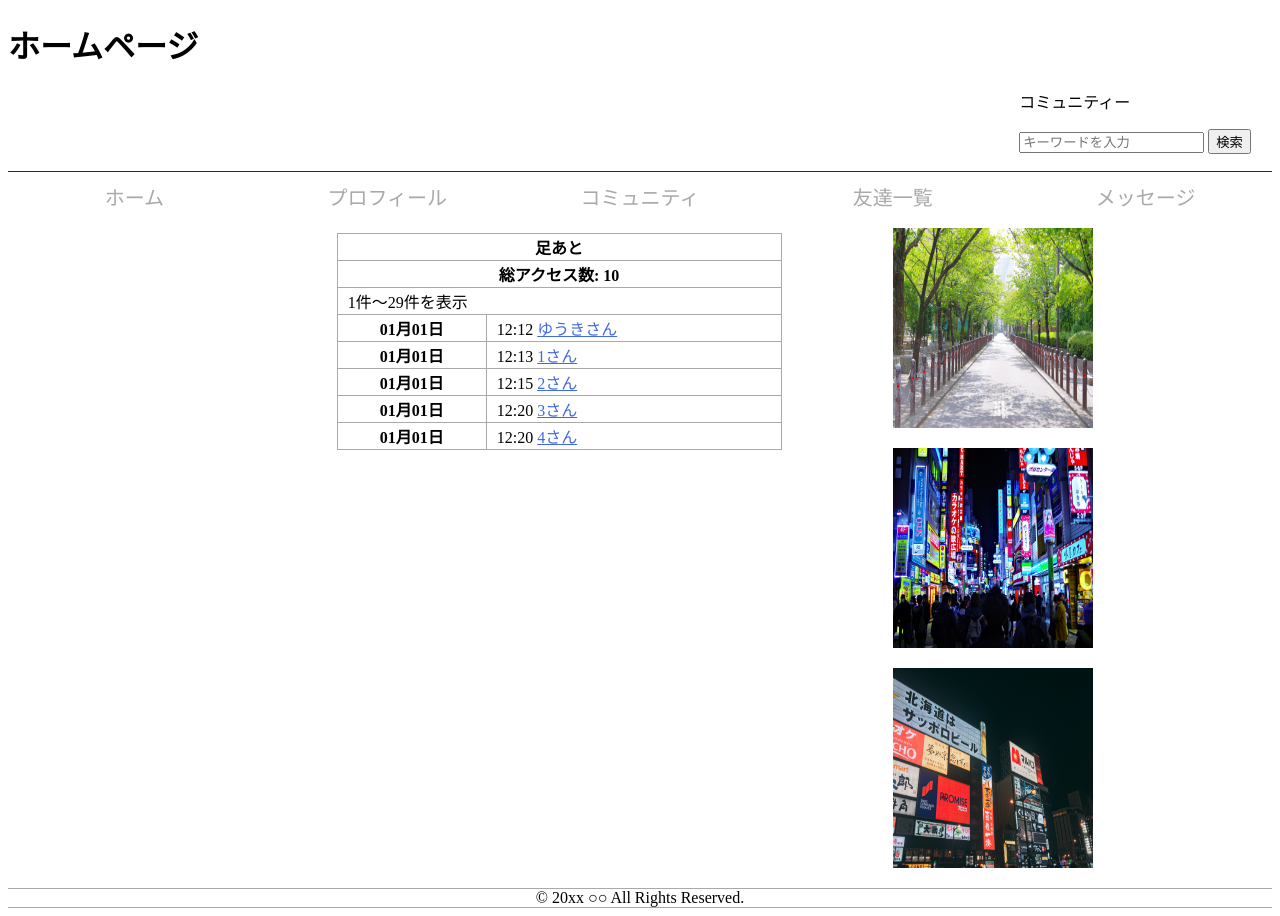
Repository: yuukiabc/samurai_PHP
Page: asiato.html
The author's editor kept a record of every edit. The page is drawn from the files as they stood at one moment, then again after the next edit.
The browser window is 1280 px wide. The pictures show the whole page.

Above is the page before.

After the next edit:
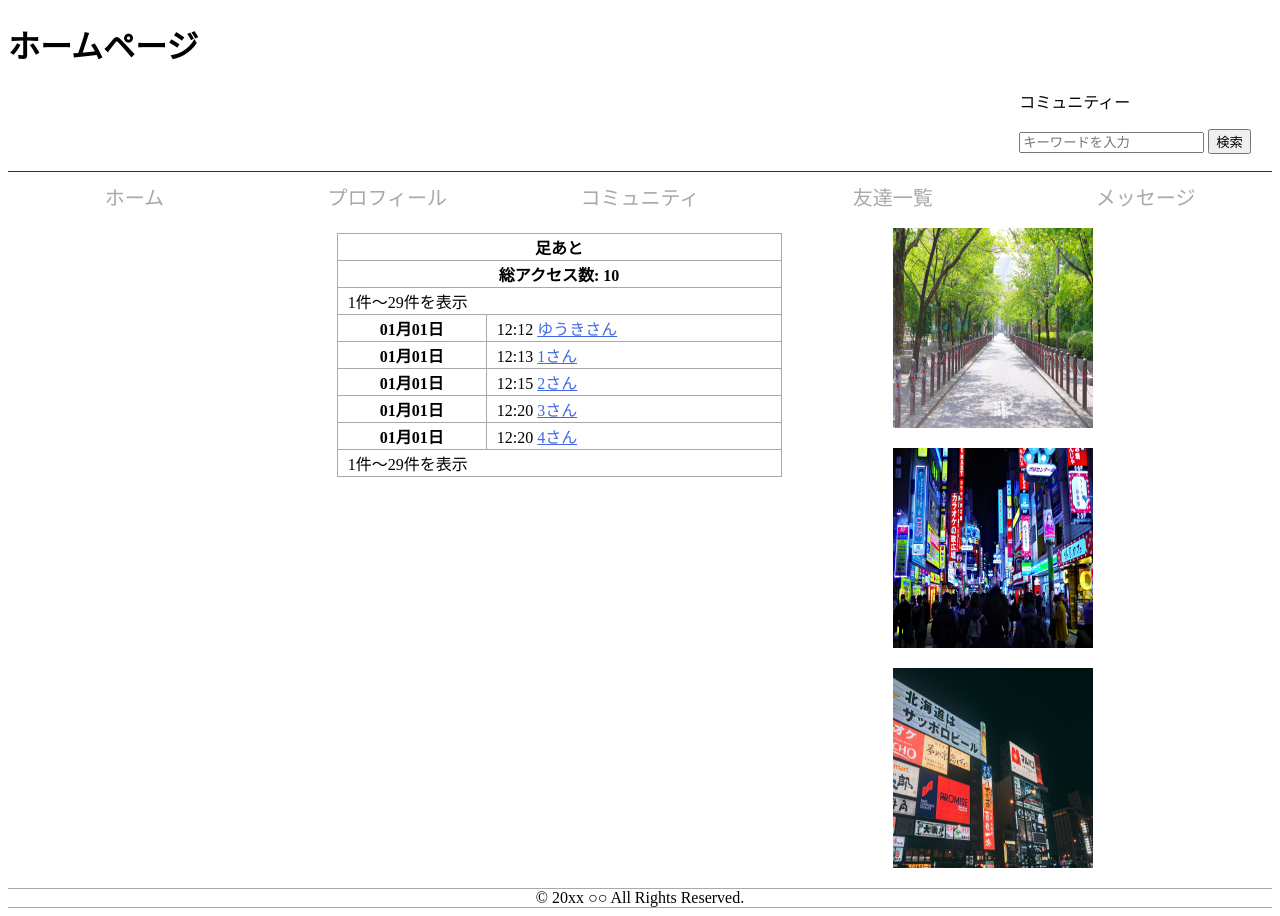
The edit:
--- a/asiato.html
+++ b/asiato.html
@@ -52,6 +52,9 @@
                 <tr>
                     <th>01月01日</th> <td>12:20 <a href="#">4さん</a></td>
                 </tr>
+                <tr>
+                <td colspan="2">1件〜29件を表示</td>
+                </tr>
                 </table>
                 </div>
             </div>
